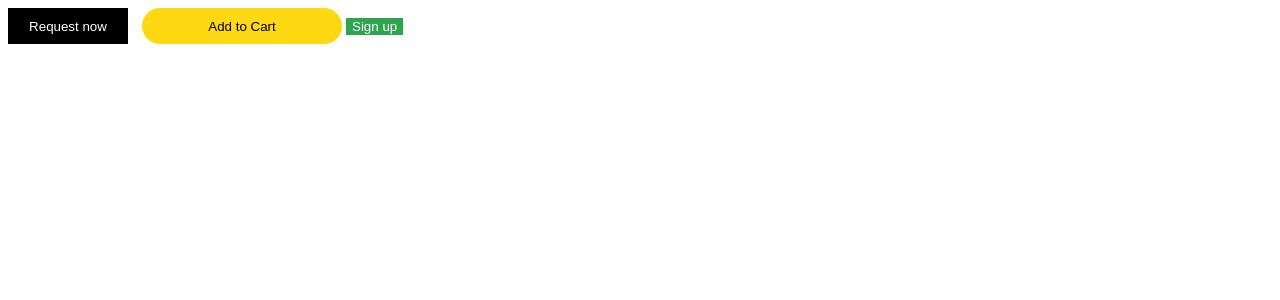
Repository: Kurumilli/Youtube
Page: Exercise2.html
An editor plug-in stored every save of this project. The page is shown before and after the next save, followed by the edit.
The browser window is 1280 px wide. The pictures show the whole page.

Above is the page before, as saved 2025-01-23 20:34:17.

### Exercise2.html
<html>
    <body>
        <style>
            .uber{
                background-color: black;
                color: white;
                height:36px;
                border: none;
                width: 120px;
                margin-right: 10px;
            }

            .amazon{
                background-color: rgb(255,216,20);
                height: 36px;
                width: 200px;
                border-radius: 18px;
                border: none;
            }

            .Github{
                background-color: rgb(46,164,79);
                color: White;
                border: none;

            }
        </style>

        <button class="uber">
                Request now
        </button>

        <button class="amazon">
            Add to Cart
        </button>

        <button class="Github">
            Sign up
        </button>


    </body>
</html>

After the next save:
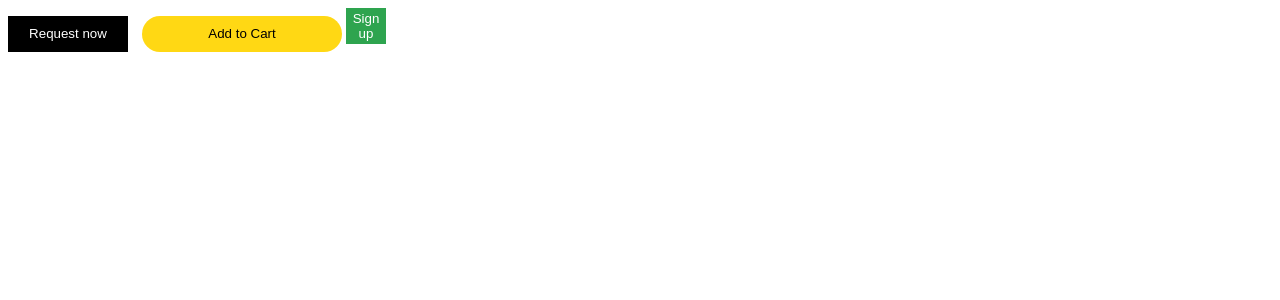
Saved 20 s later.
--- a/Exercise2.html
+++ b/Exercise2.html
@@ -22,7 +22,8 @@
                 background-color: rgb(46,164,79);
                 color: White;
                 border: none;
-
+                height: 36px;
+                width: 40px;
             }
         </style>
 
